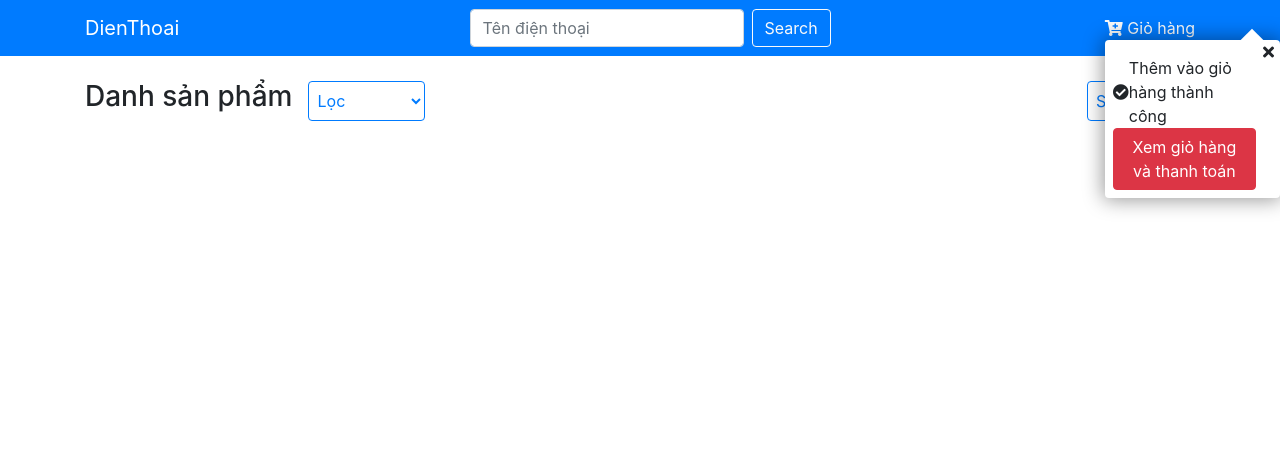
Repository: dovanthao2404/BC14_Bai_Tap_Ban_Dien_Thoai_dovanthao
Page: app/views/index.html
The author's editor kept a copy of each file at every save. The page is drawn from the files as they stood at one save, then again after the next save.
The browser window is 1280 px wide. The pictures show the whole page.
Some web libraries are served in a nearby version. The style sheet was rebuilt from its Sass, Less or Tailwind sources for each picture, by a compiler version that may differ from the author's.

Above is the page before, as saved 2021-08-14 16:24:34.
Console error (its wording comes from the project's code and is left out).

### app/views/index.html
<!DOCTYPE html>
<html lang="en">

<head>
  <meta charset="UTF-8">
  <meta http-equiv="X-UA-Compatible" content="IE=edge">
  <meta name="viewport" content="width=device-width, initial-scale=1.0">
  <title>Dien Thoai Xin</title>




  <!-- FONT AWESOME -->
  <link rel="stylesheet" href="https://cdnjs.cloudflare.com/ajax/libs/font-awesome/5.15.4/css/all.min.css"
    integrity="sha512-1ycn6IcaQQ40/MKBW2W4Rhis/DbILU74C1vSrLJxCq57o941Ym01SwNsOMqvEBFlcgUa6xLiPY/NS5R+E6ztJQ=="
    crossorigin="anonymous" referrerpolicy="no-referrer" />

  <!-- GOOGLE FONTS -->

  <link rel="preconnect" href="https://fonts.googleapis.com">
  <link rel="preconnect" href="https://fonts.gstatic.com" crossorigin>
  <link
    href="https://fonts.googleapis.com/css2?family=Roboto:ital,wght@0,300;0,400;0,700;1,300;1,400;1,700&display=swap"
    rel="stylesheet">

  <!-- B4 -->
  <link rel="stylesheet" href="https://cdn.jsdelivr.net/npm/bootstrap@4.6.0/dist/css/bootstrap.min.css"
    integrity="sha384-B0vP5xmATw1+K9KRQjQERJvTumQW0nPEzvF6L/Z6nronJ3oUOFUFpCjEUQouq2+l" crossorigin="anonymous">

  <!-- MAIN CSS -->
  <link rel="stylesheet" href="../../assets/css/main.css">
</head>

<body>
  <header class="fixed-top">
    <nav class="navbar navbar-dark bg-primary">
      <div class="container">

        <a href="#" class="navbar-brand">
          DienThoai
        </a>
        <form class="form-inline my-2 my-lg-0">
          <input id="valueSearch" class="form-control mr-sm-2" type="search" placeholder="Tên điện thoại"
            aria-label="Search">
          <button id="btnSearch" class="btn btn-outline-light my-2 my-sm-0" type="button">Search</button>
        </form>
        <div class="phone-cart">
          <a href="cart.html" class="text-light">
            <i class="fa fa-cart-plus"></i> Giỏ hàng
          </a>

          <div class="notifiSuccess pb-2 pt-3 pl-2 pr-4 bg-white rounded">
            <i class="fa fa-times icon-close"></i>
            <div class="d-flex align-items-center">
              <i class="fa fa-check-circle"></i>
              <p class="m-0">Thêm vào giỏ hàng thành công</p>
            </div>
            <button class="btn btn-danger w-100 d-block" data-target="cart.html">Xem giỏ hàng và thanh toán</button>
          </div>
        </div>
      </div>
    </nav>

  </header>

  <section class="phone-product">
    <div class="container">
      <div id="listAll-type">
        <div class="phone-title">
          <div class="d-flex justify-content-between align-items-center my-3">
            <div class="d-flex align-items-center">
              <h3 class="mr-3">
                Danh sản phẩm
              </h3>
              <div>
                <select class="phone-select" name="" id="phoneType">
                  <option value="">Lọc</option>
                  <option value="Samsung">Samsung</option>
                  <option value="Iphone">Iphone</option>
                </select>

              </div>
            </div>
            <div class="sort-name">
              <select class="phone-select" name="" id="sortPhone">
                <option value="">Sắp xếp</option>
                <option value="a">A - Z</option>
                <option value="z">Z - A</option>
              </select>
            </div>
          </div>
        </div>
        <div class="phone-list">
          <div class="row" id="listPhoneView">

          </div>
        </div>
      </div>
    </div>
    </div>
  </section>


  <!-- B4 -->
  <script src="https://code.jquery.com/jquery-3.5.1.slim.min.js"
    integrity="sha384-DfXdz2htPH0lsSSs5nCTpuj/zy4C+OGpamoFVy38MVBnE+IbbVYUew+OrCXaRkfj"
    crossorigin="anonymous"></script>
  <script src="https://cdn.jsdelivr.net/npm/bootstrap@4.6.0/dist/js/bootstrap.bundle.min.js"
    integrity="sha384-Piv4xVNRyMGpqkS2by6br4gNJ7DXjqk09RmUpJ8jgGtD7zP9yug3goQfGII0yAns"
    crossorigin="anonymous"></script>


  <!-- AXIOS -->
  <script src="https://cdnjs.cloudflare.com/ajax/libs/axios/0.21.1/axios.min.js"
    integrity="sha512-bZS47S7sPOxkjU/4Bt0zrhEtWx0y0CRkhEp8IckzK+ltifIIE9EMIMTuT/mEzoIMewUINruDBIR/jJnbguonqQ=="
    crossorigin="anonymous" referrerpolicy="no-referrer"></script>

  <script type="module" src="./../controllers/main.js"></script>
</body>

</html>

### app/controllers/main.js
import Phone from "./../models/Phone.js"
import ListPhone from "./../models/ListPhone.js"


var listProductInCart = JSON.parse(localStorage.getItem("listProductInCart")) || [];



let getEle = (id) => {
  return document.getElementById(id)
}

let listPhone = new ListPhone();


let renderView = (arr) => {
  let html = ""
  arr.forEach((phone) => {
    html += `
    <div class="col-3 mb-3">
    <div class="card overflow-hidden h-100">
      <img
        src="${phone.img}"
        alt="" class="card-img-top">
      <div class="card-body">
        <h4 class=card-title>
        ${phone.name}
        </h4>
        <p class="card-text">${phone.desc}</p>
        </div>
        <div class="card-footer">
        <a data-action="add"  data-phone=${phone.id} class="btn btn-primary w-100">Cart</a>
        </div>
    </div>
  </div>
    `
  })
  getEle("listPhoneView").innerHTML = html

}

let fetchData = () => {
  listPhone
    .getListPhoneApi()
    .then((resp) => {
      renderView(resp.data)
    })
    .catch((err) => {
      console.log(err)
    })
}

fetchData()

let filterType = (phoneType, type) => {
  return listPhone
    .getListPhoneApi()
    .then((resp) => {
      let data = resp.data;
      data.forEach((phone) => {
        if (phone.type === type) {
          phoneType.push(phone);
        }
      })
      renderView(phoneType)
      return phoneType;
    })
    .catch((err) => {
      console.log(err)
    })
}

let sortPhone = (arr, valueSort) => {
  for (let i = 0; i < arr.length; i++) {
    for (let j = i; j < arr.length; j++) {
      if (valueSort === 1) {
        if (arr[i].name < arr[j].name) {
          let temp = arr[i];
          arr[i] = arr[j]
          arr[j] = temp;
        }
      } else {
        if (arr[i].name > arr[j].name) {
          let temp = arr[i];
          arr[i] = arr[j]
          arr[j] = temp;
        }
      }
    }
  }
  renderView(arr)
}


let delegationSelect = () => {
  let phoneType = [];
  let type = getEle("phoneType").value;
  let dataSort = getEle("sortPhone").value;

  if (type && dataSort) {

    if (dataSort === "a") {
      filterType(phoneType, type)
        .then((phoneType) => {
          sortPhone(phoneType, 1);
        })
    } else {
      filterType(phoneType, type)
        .then((phoneType) => {
          sortPhone(phoneType, 0);
        })
    }

  } else if (type && !dataSort) {

    filterType(phoneType, type);

  } else if (!type && dataSort) {

    if (dataSort === "a") {
      listPhone.getListPhoneApi()
        .then((resp) => {
          sortPhone(resp.data, 1);
        })
        .catch((err) => {
          console.log(err);
        })
    } else {
      listPhone.getListPhoneApi()
        .then((resp) => {
          sortPhone(resp.data, 0);
        })
        .catch((err) => {
          console.log(err);
        })
    }

  } else {
    fetchData()
  }
}

getEle("phoneType").addEventListener("change", delegationSelect)
getEle("sortPhone").addEventListener("change", delegationSelect)

const handleSearch = () => {
  let nameSort = getEle("valueSearch").value;
  nameSort = nameSort.toLowerCase().trim();
  listPhone.getListPhoneApi()
    .then((resp) => {
      let listPhone = resp.data;
      let listPhoneSearch = listPhone.filter((phone) => {
        return phone.name.toLowerCase().includes(nameSort);
      })
      renderView(listPhoneSearch);
    })
    .catch((err) => {
      console.log(err)
    })

}

getEle("btnSearch").addEventListener("click", handleSearch);




const delegationListPhoneView = (e) => {
  if (e.target.getAttribute("data-action") === "add") {
    let id = e.target.getAttribute("data-phone");

    listPhone.getPhoneById(id)
      .then((resp) => {
        let count = 0;
        for (let i = 0; i < listProductInCart.length; i++) {

          if (listProductInCart[i].id === id) {
            listProductInCart[i].quantity += 1;
            localStorage.setItem("listProductInCart", JSON.stringify(listProductInCart));
            count++;
          }

        }

        if (count === 0) {
          let phone = { ...resp.data }
          phone.quantity = 1;
          listProductInCart.push(phone);
          localStorage.setItem("listProductInCart", JSON.stringify(listProductInCart));

        }
      })
      .catch((err) => {
        console.log(err)
      })


  }
}


getEle("listPhoneView").addEventListener("click", delegationListPhoneView)

### app/models/Phone.js
class Phone {
  constructor({
    name,
    price,
    screen,
    backCamera,
    frontCamera,
    img,
    desc,
    type
  },) {
    this.name = name;
    this.price = price;
    this.screen = screen;
    this.backCamera = backCamera;
    this.frontCamera = frontCamera;
    this.img = img;
    this.desc = desc;
    this.type = type;
  }

}

### app/models/ListPhone.js
export default class ListPhone {
  getListPhoneApi() {
    return axios({
      url: "https://6113ecdacba40600170c1d10.mockapi.io/api/phone",
      method: "GET",
    });
  }

  getPhoneById(id) {
    return axios({
      url: `https://6113ecdacba40600170c1d10.mockapi.io/api/phone/${id}`,
      method: "GET",
    });
  }

}

//  MỚi ăn xong

### assets/scss/main.scss
.phone-product {
  margin-top: 80px;
}
.phone-select {
  padding: 8px 20px 8px 4px;
  border-color: #007bff;
  color: #007bff;
  border-radius: 4px;
  background: transparent;
  outline: none;
  cursor: pointer;
  transition: all 0.5s;
  &:hover {
    background-color: #007bff;
    color: white;
  }
  option {
    display: block;
    background-color: white;
    color: #000;
  }
}
.phone-cart {
  // position: relative;
}
.notifiSuccess {
  position: absolute;
  box-shadow: 0 0 20px 2px rgba(0, 0, 0, 0.4);
  &:before {
    content: "";
    position: absolute;
    display: block;
    width: 16px;
    height: 16px;
    background-color: #fff;
    transform: rotate(45deg);
    top: -8px;
    right: 20px;
  }

  .icon-close {
    position: absolute;
    right: 6px;
    top: 4px;
    cursor: pointer;
  }
}

After the next save:
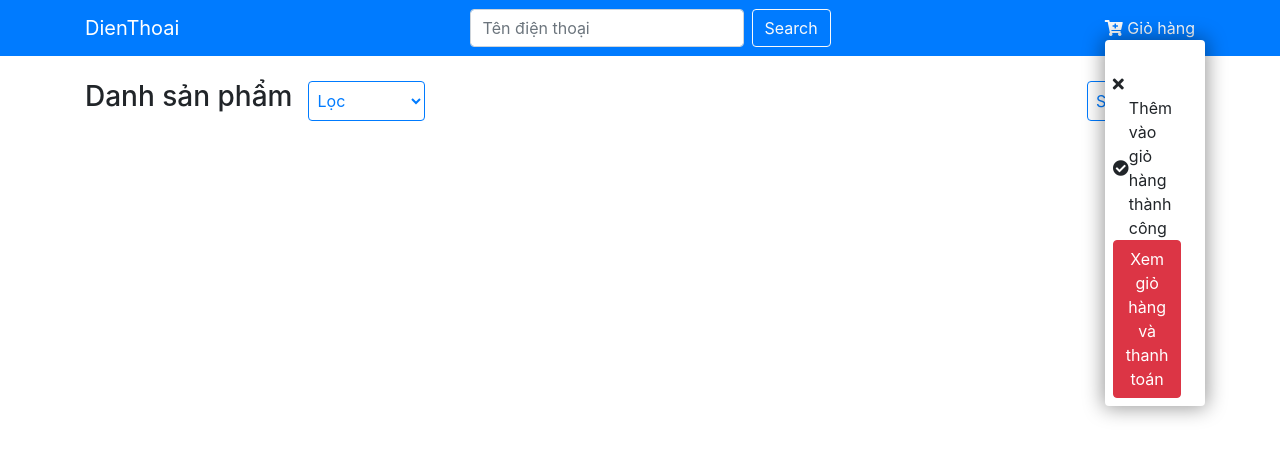
Saved 39 s later.
--- a/assets/scss/main.scss
+++ b/assets/scss/main.scss
@@ -21,14 +21,14 @@
   }
 }
 .phone-cart {
-  // position: relative;
+  position: relative;
 }
 .notifiSuccess {
   position: absolute;
   box-shadow: 0 0 20px 2px rgba(0, 0, 0, 0.4);
   &:before {
     content: "";
-    position: absolute;
+    // position: absolute;
     display: block;
     width: 16px;
     height: 16px;
@@ -39,7 +39,7 @@
   }
 
   .icon-close {
-    position: absolute;
+    // position: absolute;
     right: 6px;
     top: 4px;
     cursor: pointer;

After the 3 saves that followed:
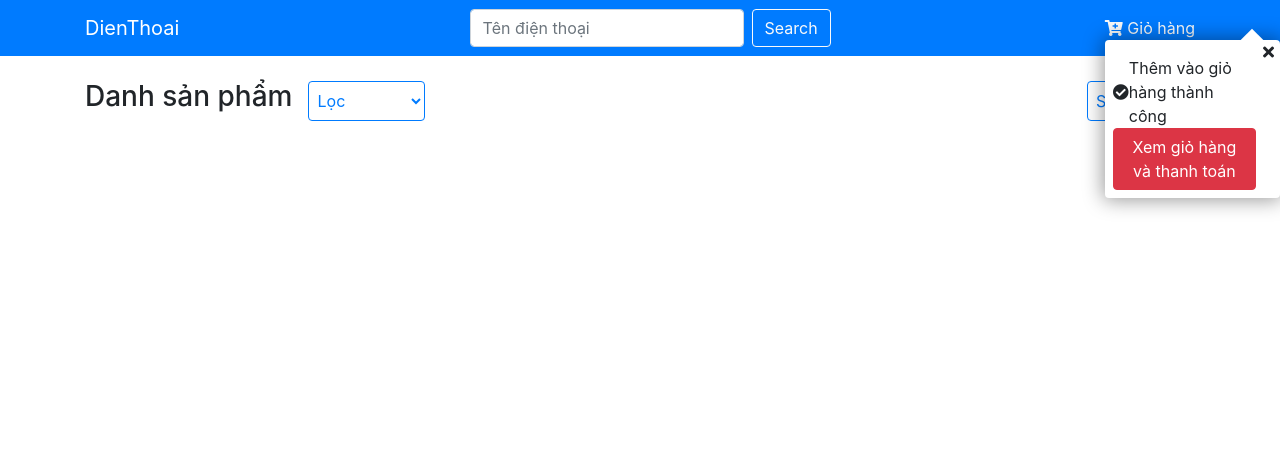
The 3 saves are shown as one change because they came seconds apart.
The last was saved 10 s later.
--- a/assets/scss/main.scss
+++ b/assets/scss/main.scss
@@ -21,14 +21,14 @@
   }
 }
 .phone-cart {
-  position: relative;
+  // position: relative;
 }
 .notifiSuccess {
   position: absolute;
   box-shadow: 0 0 20px 2px rgba(0, 0, 0, 0.4);
   &:before {
     content: "";
-    // position: absolute;
+    position: absolute;
     display: block;
     width: 16px;
     height: 16px;
@@ -39,7 +39,7 @@
   }
 
   .icon-close {
-    // position: absolute;
+    position: absolute;
     right: 6px;
     top: 4px;
     cursor: pointer;
